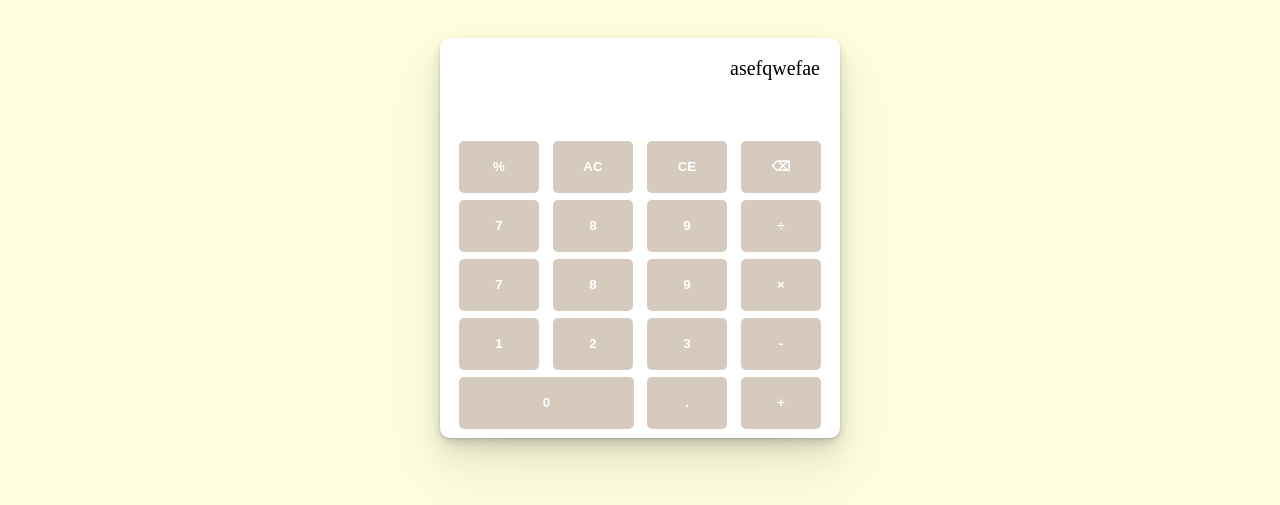
Repository: JeongminHW/Web_study
Page: HTML/myHTML/src/main/webapp/project/calculator.html
An editor plug-in stored every save of this project. The page is shown before and after the next save, followed by the edit.
The browser window is 1280 px wide. The pictures show the whole page.

Above is the page before, as saved 2024-07-12 03:11:33.

### HTML/myHTML/src/main/webapp/project/calculator.html
<!DOCTYPE html>
<html>
<head>
<meta charset="UTF-8">
<title>Insert title here</title>
<link rel="stylesheet" href="style.css">
</head>
<body>
	<div class="container">
		<div class="result">
		<span>asefqwefae</span>
		</div>
		<div  class="cal">
		<table>
			<tr>
				<td class="arg"><input class="btn" type="button" id="mod" value="%"></td>
				<td class="arg"><input class="btn" type="button" id="ac" value="AC"></td>
				<td class="arg"><input class="btn" type="button" id="ce" value="CE"></td>
				<td class="arg"><input class="btn" type="button" id="back" value="⌫"></td>
			</tr>
			<tr>
				<td class="arg"><input class="btn" type="button" id="seven" value="7"></td>
				<td class="arg"><input class="btn" type="button" id="eight" value="8"></td>
				<td class="arg"><input class="btn" type="button" id="nine" value="9"></td>
				<td class="arg"><input class="btn" type="button" id="div" value="÷"></td>
			</tr>
			<tr>
				<td class="arg"><input class="btn" type="button" id="four" value="7"></td>
				<td class="arg"><input class="btn" type="button" id="five" value="8"></td>
				<td class="arg"><input class="btn" type="button" id="six" value="9"></td>
				<td class="arg"><input class="btn" type="button" id="multiply" value="×"></td>
			</tr>
			<tr>
				<td class="arg"><input class="btn" type="button" id="one" value="1"></td>
				<td class="arg"><input class="btn" type="button" id="two" value="2"></td>
				<td class="arg"><input class="btn" type="button" id="three" value="3"></td>
				<td class="arg"><input class="btn" type="button" id="sub" value="-"></td>
			</tr>
			<tr>
				<td class="arg"  colspan="2"><input class="btn" type="button" id="zero" value="0"></td>
				<td class="arg"><input class="btn" type="button" id="decimal_point" value="."></td>
				<td class="arg"><input class="btn" type="button" id="plus" value="+"></td>
			</tr>
		</table>
		</div>
	</div>
	<script type="text/javascript" src="js.js"></script>
</body>
</html>

### HTML/myHTML/src/main/webapp/project/style.css
body {
	background: #FEFEDF;
	display: flex;
	text-align: center;
	justify-content: center;
}

.container {
	width: 400px;
	height: 400px;
	background: white;
	border-radius: 10px;
	line-height: 20px;
	margin-bottom: 30px;
	margin-top: 30px;
	box-sizing: border-box;
	margin-left: 15px;
	margin-right: 15px;
	text-align: center;
	justify-content: center;
	box-shadow: 0 1px 2px rgba(0, 0, 0, 0.07), 0 2px 4px rgba(0, 0, 0, 0.07),
		0 4px 8px rgba(0, 0, 0, 0.07), 0 8px 16px rgba(0, 0, 0, 0.07), 0 16px
		32px rgba(0, 0, 0, 0.07), 0 32px 64px rgba(0, 0, 0, 0.07);
}

.result {
	width: auto;
	height: 80px;
	text-align: right;
	padding:20px 20px 0px 20px;
	font-size: 20px;
}

.cal{
	width:400px;
	display:flex;
	text-align: center;
	justify-content: center;
}

.btn {
	display: block;
	position: relative;
	float: left;
	width: 80px;
	/* margin: 10px 20px 10px 0; */
	font-weight: 600;
	text-align: center;
	line-height: 50px;
	color: #FFF;
	background: #D5CABD; border-radius : 5px;
	border: none;
	transition: all 0.2s;
	border-radius: 5px;
	margin: 0px 5px 3px 5px;
}

#zero {
	width: 95%;
}

.btn:hover {
	box-shadow: -7px -7px 20px 0px #fff9, -4px -4px 5px 0px #fff9, 7px 7px
		20px 0px #0002, 4px 4px 5px 0px #0001;
}

Loaded but not shown: HTML/myHTML/src/main/webapp/project/js.js (common file)

After the next save:
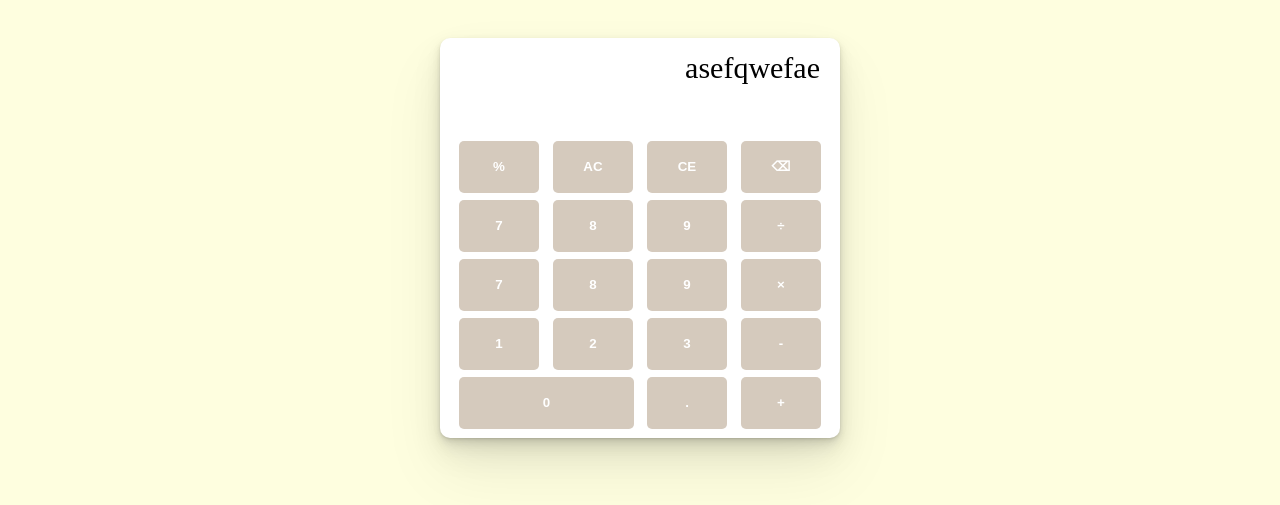
Saved 6 s later.
--- a/HTML/myHTML/src/main/webapp/project/style.css
+++ b/HTML/myHTML/src/main/webapp/project/style.css
@@ -28,7 +28,7 @@ body {
 	height: 80px;
 	text-align: right;
 	padding:20px 20px 0px 20px;
-	font-size: 20px;
+	font-size: 30px;
 }
 
 .cal{
